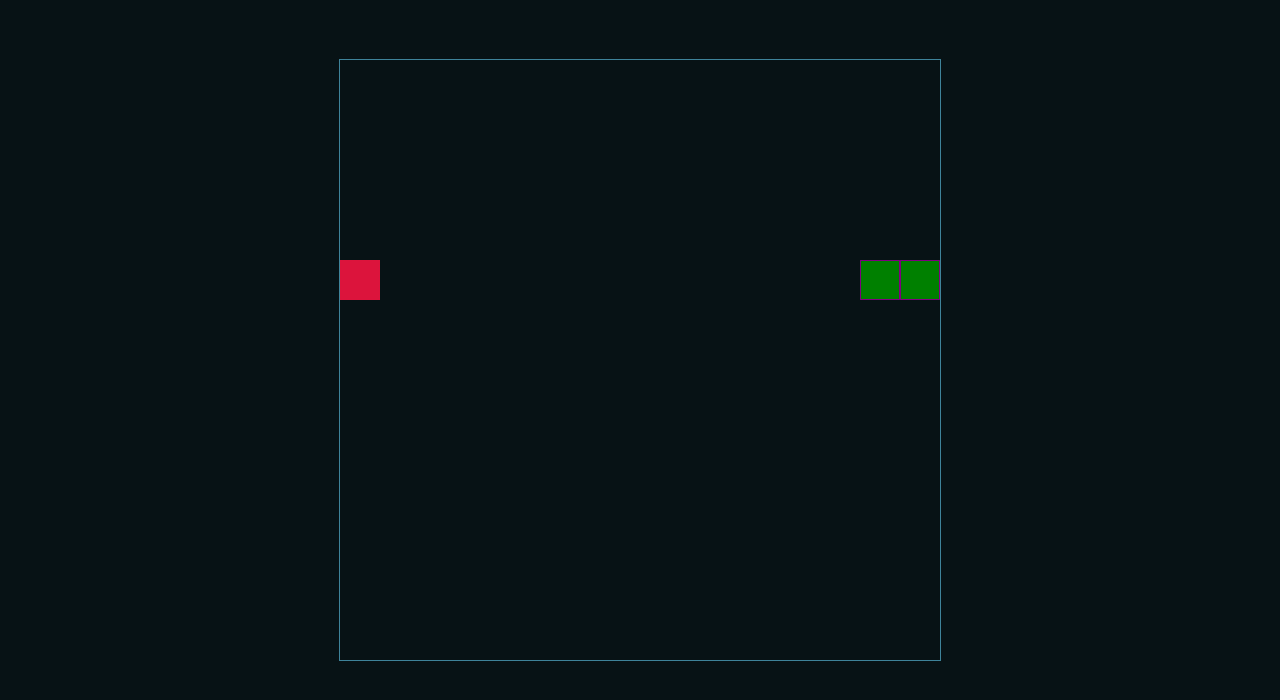
Repository: rehans-Life/linkedlist-snake-game
Page: /
These files come from the project's save history. The page is drawn as it stood at one moment and after the next save; the edit follows.
The browser window is 1280 px wide. The pictures show the whole page.
The project was rebuilt for these pictures with package versions that can differ from the ones it lists, and the page was loaded fresh each time. The framework's server and built-in components were replaced by stand-ins that run in the browser. Also part of the build but not shown: next.config.js.

Above is the page before, as saved 2023-04-15 22:50:58.

### pages/index.js
import Head from "next/head";
import styles from "../styles/Home.module.css";
import Board from "../components/Board";

export default function Home() {
  return (
    <div className={styles.container}>
      <Head>
        <title>Linked List Snake Game</title>
        <meta name="description" content="linked list snake game" />
        <link rel="icon" href="/favicon.ico" />
      </Head>
      <Board />
    </div>
  );
}

### styles/globals.css
html,
body {
  padding: 0;
  margin: 0;
  font-family: -apple-system, BlinkMacSystemFont, Segoe UI, Roboto, Oxygen,
    Ubuntu, Cantarell, Fira Sans, Droid Sans, Helvetica Neue, sans-serif;
}

a {
  color: inherit;
  text-decoration: none;
}

* {
  box-sizing: border-box;
}

button {
  margin: 0;
  padding: 0;
}

### styles/Home.module.css
.container {
  background-color: rgb(7, 18, 21);
  height: 100vh;
  display: flex;
  align-items: center;
  justify-content: center;
}

.board {
  border: 1px solid rgb(62, 131, 154);
}

.row {
  display: flex;
  align-items: center;
  justify-content: center;
}

.cell {
  width: 40px;
  height: 40px;
}

.snake_cell {
  background-color: green;
  border: 1px solid purple;
}

.food_cell {
  background-color: crimson;
}

.reverse_cell {
  background-color: purple;
}

### components/Board.jsx
/* eslint-disable react-hooks/exhaustive-deps */
import React, { useEffect, useState } from "react";
import styles from "../styles/Home.module.css";
import { createBoard, randomIntInIntervel } from "../utils";

const BOARD_SIZE = 10;

// A Class to represent each node of the linked list
class Node {
  constructor(value, row, col) {
    this.value = value;
    this.row = row;
    this.col = col;
    this.next = null;
  }
}

// A class to represent the singly linked list
class SinglyLinkedList {
  constructor(head) {
    let node = new Node(head.value, head.row, head.col);
    this.head = node;
    this.tail = node;
  }
}

const Direction = {
  UP: "UP",
  RIGHT: "RIGHT",
  DOWN: "DOWN",
  LEFT: "LEFT",
};

export default function Board() {
  const [board, setBoard] = useState(createBoard(15));

  // A set to store the values of all snake cells intially our snake will be of size
  // one cell and start from the 44th cells.
  const [snakeCells, setSnakeCells] = useState(new Set([80]));

  // A linked list for our snake initally going to have only one node which
  // is at cell 44.
  const [linkedlist, setLinkedList] = useState(
    new SinglyLinkedList({ value: 80, row: 5, col: 4 })
  );

  const [foodCell, setFoodCell] = useState(85);
  const [direction, setDirection] = useState(Direction.RIGHT);

  const [reverseLinkedList, setReverseLinkedList] = useState(false);

  useEffect(() => {
    window.addEventListener("keydown", (e) => {
      handleKeyDown(e.key);
    });
    let gameStartInternal = setInterval(() => {
      setLinkedList((currLinkedList) => moveLinkedList(currLinkedList));
    }, 250);
    return () => {
      clearInterval(gameStartInternal);
    };
  }, [direction, foodCell, snakeCells]);

  useEffect(() => {
    setSnakeCells((currSnakeCells) => moveSnakeCells(currSnakeCells));
  }, [linkedlist]);

  function handleKeyDown(key) {
    const direction = getDirectionFromKey(key);
    if (direction === "") return;
    setDirection(direction);
  }

  const getDirectionFromKey = (key) => {
    if (key === "ArrowUp") return Direction.UP;
    if (key === "ArrowRight") return Direction.RIGHT;
    if (key === "ArrowDown") return Direction.DOWN;
    if (key === "ArrowLeft") return Direction.LEFT;
    return "";
  };

  function moveLinkedList(originalLinkedlist) {
    let linkedList = copyLinkedList(originalLinkedlist);
    let currHead = linkedList.head;
    let newHead = createNewNodeInDirection(board, currHead);

    if (!newHead) {
      setFoodCell(85);
      setDirection(Direction.RIGHT);
      return new SinglyLinkedList({ value: 80, row: 5, col: 4 });
    }

    currHead.next = newHead;
    if (newHead.value === foodCell) {
      let growthCell = createNewNodeForGrowth(board, linkedList.tail);
      let temp = linkedList.tail;
      linkedList.tail = growthCell;
      linkedList.tail.next = temp;
      while (true) {
        let newFoodCell = randomIntInIntervel(1, board[14][14]);
        if (!snakeCells.has(newFoodCell)) {
          setReverseLinkedList(Math.random() < 0.3);
          setFoodCell(newFoodCell);
          break;
        }
      }
    }
    return { head: newHead, tail: linkedList.tail.next };
  }

  function createNewNodeForGrowth(board, currTail) {
    let newTail;
    if (direction === "LEFT")
      newTail = new Node(
        board[currTail.row][currTail.col + 1],
        currTail.row,
        currTail.col + 1
      );
    else if (direction === "RIGHT")
      newTail = new Node(
        board[currTail.row][currTail.col - 1],
        currTail.row,
        currTail.col - 1
      );
    else if (direction === "DOWN") {
      if (currTail.row - 1 < 0) {
        newTail = new Node(
          board[currTail.row + 1][currTail.col],
          currTail.row + 1,
          currTail.col
        );
      } else {
        newTail = new Node(
          board[currTail.row - 1][currTail.col],
          currTail.row - 1,
          currTail.col
        );
      }
    } else if (direction === "UP") {
      if (currTail.row + 1 >= 15) {
        newTail = new Node(
          board[currTail.row - 1][currTail.col],
          currTail.row - 1,
          currTail.col
        );
      } else {
        newTail = new Node(
          board[currTail.row + 1][currTail.col],
          currTail.row + 1,
          currTail.col
        );
      }
    }

    return newTail;
  }

  function createNewNodeInDirection(board, currHead) {
    let newHead = false;
    if (
      direction === "LEFT" &&
      currHead.col - 1 >= 0 &&
      !snakeCells.has(board[currHead.row][currHead.col - 1])
    )
      newHead = new Node(
        board[currHead.row][currHead.col - 1],
        currHead.row,
        currHead.col - 1
      );
    else if (
      direction === "RIGHT" &&
      currHead.col + 1 < 15 &&
      !snakeCells.has(board[currHead.row][currHead.col + 1])
    )
      newHead = new Node(
        board[currHead.row][currHead.col + 1],
        currHead.row,
        currHead.col + 1
      );
    else if (
      direction === "DOWN" &&
      currHead.row + 1 < 15 &&
      !snakeCells.has(board[currHead.row + 1][currHead.col])
    )
      newHead = new Node(
        board[currHead.row + 1][currHead.col],
        currHead.row + 1,
        currHead.col
      );
    else if (
      direction === "UP" &&
      currHead.row - 1 >= 0 &&
      !snakeCells.has(board[currHead.row - 1][currHead.col])
    )
      newHead = new Node(
        board[currHead.row - 1][currHead.col],
        currHead.row - 1,
        currHead.col
      );
    return newHead;
  }

  function copyLinkedList(linkedList) {
    let node = linkedList.tail;
    let newNode = new Node(node.value, node.row, node.col);
    let newTail = newNode;
    while (node.next) {
      let next = node.next;
      let newNext = new Node(next.value, next.row, next.col);
      node = next;
      newNode.next = newNext;
      newNode = newNext;
    }
    return {
      head: newNode,
      tail: newTail,
    };
  }

  function moveSnakeCells() {
    let movedSnake = [];
    let node = linkedlist.tail;

    while (node) {
      movedSnake.push(node.value);
      node = node.next;
    }
    movedSnake.reverse();
    return new Set(movedSnake);
  }

  return (
    <div className={styles.board}>
      {board.map((row, i) => (
        <div key={i} className={styles.row}>
          {row.map((value, j) => (
            <div
              key={j}
              className={`${styles.cell} ${
                snakeCells.has(value)
                  ? styles.snake_cell
                  : reverseLinkedList && value === foodCell
                  ? styles.reverse_cell
                  : value === foodCell
                  ? styles.food_cell
                  : ""
              }`}
            ></div>
          ))}
        </div>
      ))}
    </div>
  );
}

### utils.js
export const randomIntInIntervel = (max, min) => {
  return Math.floor(Math.random() * (max - min + 1)) + min;
};

export const createBoard = (board_size) => {
  // All the cells which have a certain value assigned to them
  let board = [];
  let counter = 1;
  for (let i = 0; i < board_size; i++) {
    let row = [];
    for (let j = 0; j < board_size; j++) row.push(counter++);
    board.push(row);
  }
  return board;
};

Loaded but not shown: pages/_app.js (common file)

After the next save:
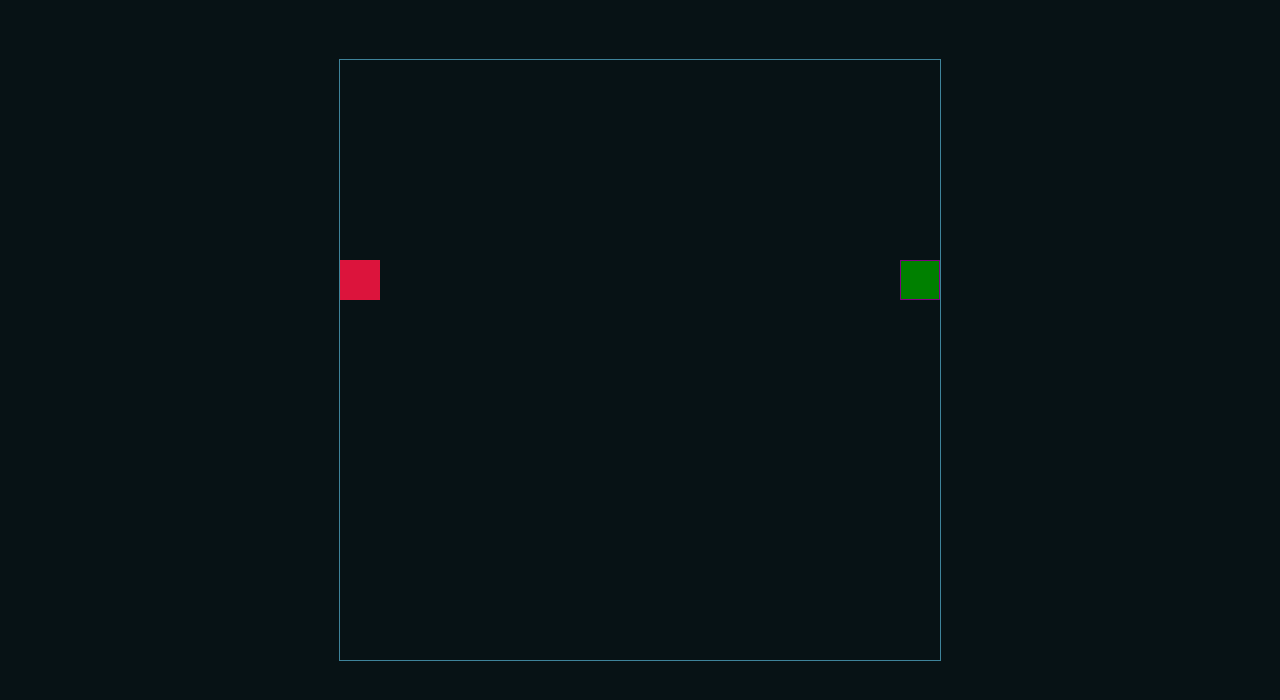
Saved 7 min 12 s later.
--- a/components/Board.jsx
+++ b/components/Board.jsx
@@ -92,10 +92,14 @@
 
     currHead.next = newHead;
     if (newHead.value === foodCell) {
-      let growthCell = createNewNodeForGrowth(board, linkedList.tail);
-      let temp = linkedList.tail;
-      linkedList.tail = growthCell;
-      linkedList.tail.next = temp;
+      if (reverseLinkedList) {
+      } else {
+        let growthCell = createNewNodeForGrowth(board, linkedList.tail);
+        let temp = linkedList.tail;
+        linkedList.tail = growthCell;
+        linkedList.tail.next = temp;
+      }
+
       while (true) {
         let newFoodCell = randomIntInIntervel(1, board[14][14]);
         if (!snakeCells.has(newFoodCell)) {

After the save that followed:
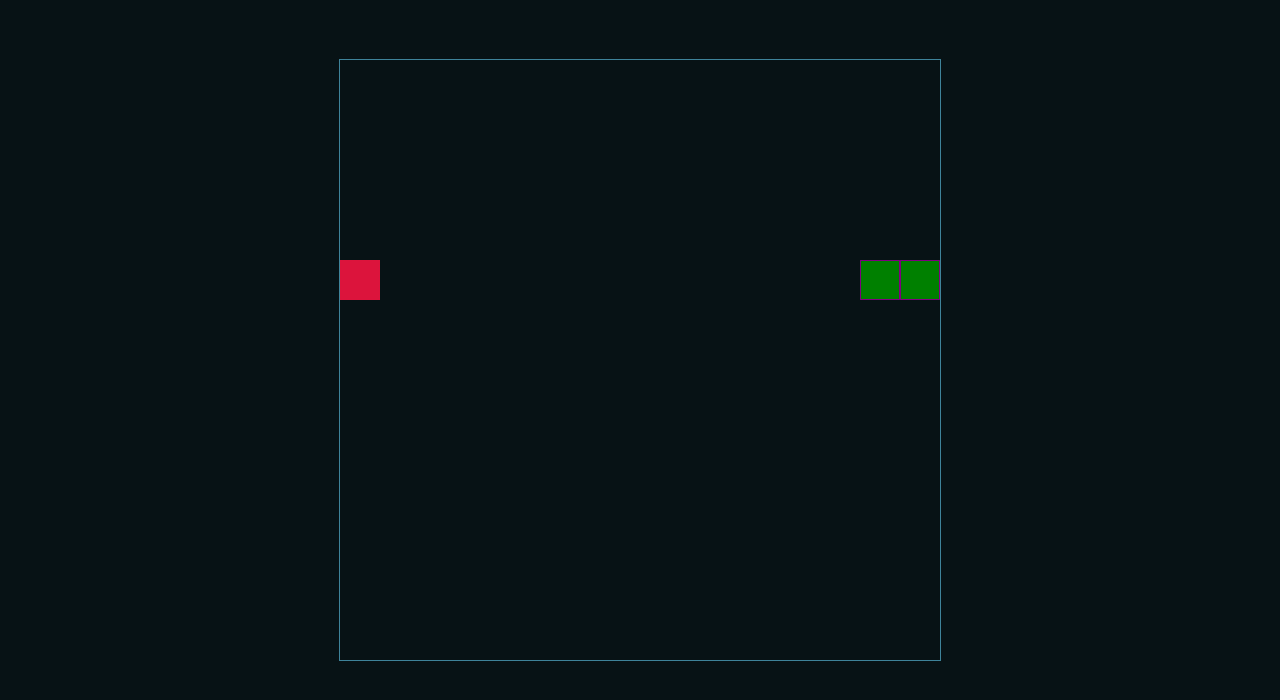
Saved 64 s later.
--- a/components/Board.jsx
+++ b/components/Board.jsx
@@ -93,6 +93,7 @@
     currHead.next = newHead;
     if (newHead.value === foodCell) {
       if (reverseLinkedList) {
+        var reverseLinkedList = createReverseLinkedList(linkedList);
       } else {
         let growthCell = createNewNodeForGrowth(board, linkedList.tail);
         let temp = linkedList.tail;
